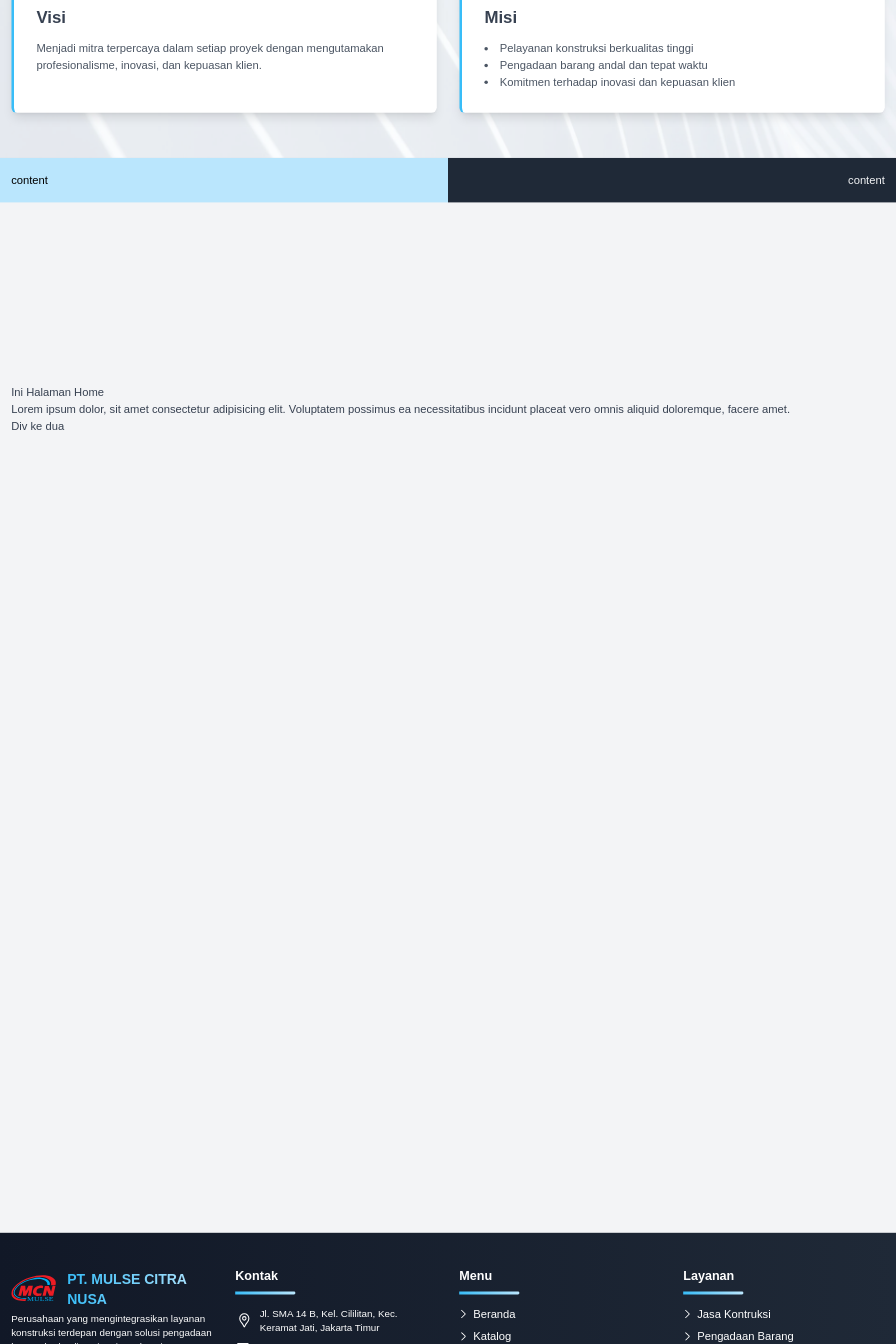
Repository: PrasBaldin/next-mulse
Page: /
An editor plug-in stored every save of this project. The page is shown before and after the next save, followed by the edit.
The browser window is 1280 px wide. The pictures show the part of the page from y = 1743 to 3663 px (the page is 3901 px tall before and 4013 px after), at 70% of full size.
The project was rebuilt for these pictures with package versions that can differ from the ones it lists, and the page was loaded fresh each time. The framework's server and built-in components were replaced by stand-ins that run in the browser. Also part of the build but not shown: next.config.ts.

Above is the page before, as saved 2025-02-23 04:45:55.

### app/layout.tsx
import type { Metadata } from "next";
import { Geist, Geist_Mono } from "next/font/google";
import "./globals.css";
import Navbar from "@/components/navbar";
import Footer from "@/components/footer";

const geistSans = Geist({
  variable: "--font-geist-sans",
  subsets: ["latin"],
});

const geistMono = Geist_Mono({
  variable: "--font-geist-mono",
  subsets: ["latin"],
});

export const metadata: Metadata = {
  title: "Mulse",
  description: "Selamat datang di PT. Mulse Citra Nusa, kami menyediakan barang dan jasa sesuai kebutuhan Anda.",
};

export default function RootLayout({
  children,
}: Readonly<{
  children: React.ReactNode;
}>) {
  return (
    <html lang="en">
      <body className={`${geistSans.variable} ${geistMono.variable} antialiased`} >
        <Navbar />
        {children}
        <Footer />
      </body>
    </html>
  );
}

### app/page.tsx
import Hero from "@/components/hero";
import AboutPage from "./about/page";
import ServicesPage from "./services/page";

const IndexPage = () => (
  <>
    <Hero />
    <AboutPage />
    <ServicesPage />
    <section className="bg-gray-100 dark:bg-gray-700 text-gray-700 dark:text-gray-100 transition duration-500 ease-in-out py-5">
      <div className="container">
        <div className="py-[15rem]">
          <h1>Ini Halaman Home</h1>
          <p>Lorem ipsum dolor, sit amet consectetur adipisicing elit. Voluptatem possimus ea necessitatibus incidunt placeat vero omnis aliquid doloremque, facere amet.</p>
          <div className="pb-[15rem]">
            <p>Div ke dua</p>
          </div>
          <div className="py-[20rem]"></div>
        </div>
      </div>
    </section>
  </>
);

export default IndexPage

### app/globals.css
@tailwind base;
@tailwind components;
@tailwind utilities;

:root {
  --background: #ffffff;
  --foreground: #171717;
}

@media (prefers-color-scheme: dark) {
  :root {
    --background: #0a0a0a;
    --foreground: #ededed;
  }
}

body {
  font-family: Arial, Helvetica, sans-serif;
  @apply bg-gray-100 dark:bg-gray-700
}

.container {
  @apply mx-auto px-4
}

.btn {
  @apply p-2 rounded-lg hover:bg-gray-200 dark:hover:bg-gray-600 transition duration-500 ease-in-out
}

### app/services/page.tsx
const ServicesPage = () => {
    return (
        <>
            <section className="w-full flex flex-col lg:flex-row">
                <div className="w-full lg:w-1/2 bg-sky-200">
                    <div className="sm:max-w-[640px] md:max-w-[768px] lg:max-w-[512px] xl:max-w-[640px] 2xl:max-w-[768px] ml-auto mr-auto lg:mr-0 px-4">
                        <div className="py-5">
                            <p>content</p>
                        </div>
                    </div>
                </div>
                <div className="w-full lg:w-1/2 bg-gray-800 text-gray-100">
                    <div className="sm:max-w-[640px] md:max-w-[768px] lg:max-w-[512px] xl:max-w-[640px] 2xl:max-w-[768px] ml-auto mr-auto lg:ml-0 px-4">
                        <div className="py-5 text-right">
                            <p>content</p>
                        </div>
                    </div>
                </div>
            </section>

            {/*<section className="Services container">
                <div className="flex flex-col lg:flex-row items-center">
                    <div className="w-full lg:w-1/2 py-16 bg-gradient-to-b from-sky-200 to-sky-500 dark:bg-gray-900 text-gray-700 dark:text-gray-100 transition duration-500 ease-in-out">
                        <div className="container">
                            <div className="Services-left">
                                <span>content</span>
                            </div>
                        </div>
                    </div>
                    <div className="w-full lg:w-1/2 py-16 bg-gradient-to-b from-gray-700 to-gray-900 dark:bg-gray-900 text-gray-700 dark:text-gray-100 transition duration-500 ease-in-out">
                        <div className="container">
                            <div className="Services-right">
                                <span>content right</span>
                            </div>
                        </div>
                    </div>
                </div>
                </section>*/}
        </>
    );
};

export default ServicesPage;

// <section className="py-16 bg-gray-50 dark:bg-gray-900">
//     <div className="container mx-auto px-4">
//         <h1 className="text-4xl font-bold text-center text-gray-800 dark:text-white mb-12 relative inline-block">
//             Layanan Kami
//             <span className="absolute -bottom-2 left-1/2 transform -translate-x-1/2 w-24 h-1 bg-blue-500"></span>
//         </h1>
//         <div className="grid grid-cols-1 md:grid-cols-2 lg:grid-cols-3 gap-8">
//             {/* Card Layanan 1 */}
//             <div className="bg-white dark:bg-gray-800 rounded-lg shadow-lg p-6 border-t-4 border-blue-500 hover:shadow-2xl transition duration-300">
//                 <div className="mb-4 flex justify-center">
//                     <img src="/img/service1.svg" alt="Konstruksi Bangunan" className="w-12 h-12" />
//                 </div>
//                 <h3 className="text-xl font-semibold text-gray-800 dark:text-white mb-2 text-center">
//                     Konstruksi Bangunan
//                 </h3>
//                 <p className="text-gray-600 dark:text-gray-300 text-center">
//                     Menyediakan solusi konstruksi bangunan yang inovatif dan berkualitas tinggi untuk berbagai proyek.
//                 </p>
//             </div>
//             {/* Card Layanan 2 */}
//             <div className="bg-white dark:bg-gray-800 rounded-lg shadow-lg p-6 border-t-4 border-blue-500 hover:shadow-2xl transition duration-300">
//                 <div className="mb-4 flex justify-center">
//                     <img src="/img/service2.svg" alt="Pengadaan Material" className="w-12 h-12" />
//                 </div>
//                 <h3 className="text-xl font-semibold text-gray-800 dark:text-white mb-2 text-center">
//                     Pengadaan Material
//                 </h3>
//                 <p className="text-gray-600 dark:text-gray-300 text-center">
//                     Pengadaan material berkualitas dengan proses cepat dan efisien untuk mendukung setiap proyek konstruksi.
//                 </p>
//             </div>
//             {/* Card Layanan 3 */}
//             <div className="bg-white dark:bg-gray-800 rounded-lg shadow-lg p-6 border-t-4 border-blue-500 hover:shadow-2xl transition duration-300">
//                 <div className="mb-4 flex justify-center">
//                     <img src="/img/service3.svg" alt="Desain Arsitektur" className="w-12 h-12" />
//                 </div>
//                 <h3 className="text-xl font-semibold text-gray-800 dark:text-white mb-2 text-center">
//                     Desain Arsitektur
//                 </h3>
//                 <p className="text-gray-600 dark:text-gray-300 text-center">
//                     Menyediakan layanan desain arsitektur kreatif dan inovatif untuk menciptakan bangunan yang unik dan fungsional.
//                 </p>
//             </div>
//             {/* Card Layanan 4 */}
//             <div className="bg-white dark:bg-gray-800 rounded-lg shadow-lg p-6 border-t-4 border-blue-500 hover:shadow-2xl transition duration-300">
//                 <div className="mb-4 flex justify-center">
//                     <img src="/img/service4.svg" alt="Renovasi &amp; Perbaikan" className="w-12 h-12" />
//                 </div>
//                 <h3 className="text-xl font-semibold text-gray-800 dark:text-white mb-2 text-center">
//                     Renovasi &amp; Perbaikan
//                 </h3>
//                 <p className="text-gray-600 dark:text-gray-300 text-center">
//                     Layanan renovasi dan perbaikan bangunan dengan pendekatan profesional dan efisien untuk meningkatkan nilai properti Anda.
//                 </p>
//             </div>
//             {/* Card Layanan 5 */}
//             <div className="bg-white dark:bg-gray-800 rounded-lg shadow-lg p-6 border-t-4 border-blue-500 hover:shadow-2xl transition duration-300">
//                 <div className="mb-4 flex justify-center">
//                     <img src="/img/service5.svg" alt="Konsultasi Proyek" className="w-12 h-12" />
//                 </div>
//                 <h3 className="text-xl font-semibold text-gray-800 dark:text-white mb-2 text-center">
//                     Konsultasi Proyek
//                 </h3>
//                 <p className="text-gray-600 dark:text-gray-300 text-center">
//                     Menawarkan konsultasi menyeluruh untuk memastikan setiap tahap proyek berjalan dengan lancar dan tepat sasaran.
//                 </p>
//             </div>
//             {/* Card Layanan 6 */}
//             <div className="bg-white dark:bg-gray-800 rounded-lg shadow-lg p-6 border-t-4 border-blue-500 hover:shadow-2xl transition duration-300">
//                 <div className="mb-4 flex justify-center">
//                     <img src="/img/service6.svg" alt="Manajemen Proyek" className="w-12 h-12" />
//                 </div>
//                 <h3 className="text-xl font-semibold text-gray-800 dark:text-white mb-2 text-center">
//                     Manajemen Proyek
//                 </h3>
//                 <p className="text-gray-600 dark:text-gray-300 text-center">
//                     Layanan manajemen proyek terintegrasi yang memastikan pengawasan dan koordinasi setiap aspek proyek secara optimal.
//                 </p>
//             </div>
//         </div>
//     </div>
// </section>

### components/navbar.css
.utility-bar {
    @apply hidden lg:block absolute w-full py-1 bg-gray-100 dark:bg-gray-700 transition duration-500 ease-in-out z-10
}

.utility-content {
    @apply w-auto flex gap-2
}

.social-media-link {
    @apply mr-3 text-gray-700 dark:text-gray-100 hover:text-sky-500 dark:hover:text-sky-500 transition duration-300
}

.navbar {
    @apply bg-white dark:bg-gray-800 transition duration-500 ease-in-out shadow-md lg:top-[40px] fixed lg:absolute w-full z-20
}

.nav-link {
    @apply text-gray-700 hover:text-sky-500 dark:hover:text-sky-500 dark:text-gray-100 py-5 transition duration-500 ease-in-out border-b-2 border-transparent hover:border-sky-500 flex items-center
}

.nav-dropdown {
    @apply bg-white dark:bg-gray-800 absolute top-[4rem] -left-2 w-auto pt-2 p-3 border-2 border-sky-500 shadow-xl rounded-lg overflow-visible transition-all duration-300 transform
}

.nav-link-dropdown {
    @apply text-gray-700 hover:text-sky-500 dark:hover:text-sky-500 dark:text-gray-100 pt-2 pb-1 transition duration-500 ease-in-out hover:bg-gray-100 dark:hover:bg-gray-700 rounded border-b border-gray-200 hover:border-sky-500 block mt-2 px-2
}

.nav-link-mobile {
    @apply hover:bg-gray-100 dark:hover:bg-gray-700 text-gray-700 hover:text-sky-500 dark:hover:text-sky-500 dark:text-gray-100 py-2 pl-2 border-b border-gray-200 hover:border-sky-500 rounded transition
}

.hamburger {
    @apply absolute w-6 h-[3px] bg-gray-800 dark:bg-gray-100 rounded transition duration-500 ease-in-out
}

.dropdown-arrow {
    @apply border-b-2 border-r-2 border-gray-700 dark:border-gray-100 ml-2 w-3 h-3 transition duration-500 ease-in-out
}

.nav-link-mobile:hover .dropdown-arrow {
    @apply border-sky-500
}

### components/toggleLanguage.tsx
"use client";
import { useState, useEffect } from "react";

import IconEN from "../app/_assets/icon/iconEN";
import IconID from "../app/_assets/icon/iconID";

import "./toggleLanguage.css";

const ToggleLanguage = () => {
    const [isEnglish, setIsEnglish] = useState(true);

    // Efek untuk sinkronisasi bahasa dengan localStorage
    useEffect(() => {
        const storedLanguage = localStorage.getItem('language');
        setIsEnglish(storedLanguage === 'en');
    }, []);

    // Efek untuk menyimpan preferensi bahasa ke localStorage
    useEffect(() => {
        localStorage.setItem('language', isEnglish ? 'en' : 'id');
    }, [isEnglish]);

    return (
        <>
            {/* Mobile */}
            <button onClick={() => setIsEnglish(!isEnglish)} className="lg:hidden btn flex items-center gap-2" >
                {/* <span className="font-medium text-gray-700 dark:text-gray-300">
                    {isEnglish ? <IconEN /> : <IconID />}
                </span> */}
                <div className="flex relative">
                    <div className={`flex transition-all duration-500 transform ${isEnglish ? 'opacity-100 scale-1' : 'opacity-0 scale-0'}`} >
                        <IconEN />
                    </div>
                    <div className={`absolute flex transition-all duration-500 transform ${isEnglish ? 'opacity-0 scale-0' : 'opacity-100 scale-1'}`} >
                        <IconID />
                    </div>
                </div>
                <span className="text-gray-700 dark:text-gray-300">
                    {("navbar.changeLang")}
                </span>
            </button>

            {/* Desktop */}
            <button onClick={() => setIsEnglish(!isEnglish)} className="btn hidden lg:block btn w-8 h-8 relative overflow-hidden">
                <div className={`toggle-lang ${isEnglish ? 'opacity-100 scale-1' : 'opacity-0 scale-0'}`} >
                    <IconEN />
                </div>
                <div className={`toggle-lang ${isEnglish ? 'opacity-0 scale-0' : 'opacity-100 scale-1'}`} >
                    <IconID />
                </div>
            </button>
        </>
    )
}

export default ToggleLanguage

### components/footer.css
footer table tr a {
    @apply transition duration-300
}

footer table tr:hover a {
    @apply text-sky-400
}

### components/hero.css
.hero-wrap {
    @apply h-[110vh] min-h-[40rem] overflow-hidden
}

.hero-parallax {
    @apply relative h-[110vh] min-h-[40rem] w-full bg-cover bg-center bg-fixed translate-y-[-0.2px]
}

.hero-mask {
    @apply absolute inset-0 flex items-center justify-center bg-black bg-opacity-30 dark:bg-opacity-50 text-white text-3xl font-bold transition duration-500 ease-in-out
}

.benefit-section {
    @apply max-w-full md:max-w-[85rem] mx-auto md:absolute top-[100vh]
}

.benefit-card {
    @apply transition transform duration-300 ease-in-out p-6 xl:col-span-2
}

### components/heroTypewriter.tsx
"use client";
import { useEffect, useRef, useState } from "react";

interface TypewriterProps {
    text: string;
    speed?: number;
    className?: string;
    delay?: number;
}

export default function Typewriter({
    text,
    speed = 5,
    className = "",
    delay = 0,
}: TypewriterProps) {
    const [displayText, setDisplayText] = useState<string>("");
    const indexRef = useRef<number>(0);

    useEffect(() => {
        setDisplayText("");
        indexRef.current = 0;

        let animationFrameId: number;
        let lastTime: number = performance.now();

        const update = (now: number) => {
            // Hanya update jika tab aktif
            if (document.visibilityState === "hidden") {
                animationFrameId = requestAnimationFrame(update);
                return;
            }

            if (now - lastTime >= speed) {
                setDisplayText((prev) => prev + text.charAt(indexRef.current));
                indexRef.current++;
                lastTime = now;
            }

            if (indexRef.current < text.length) {
                animationFrameId = requestAnimationFrame(update);
            }
        };

        const timeoutId = setTimeout(() => {
            animationFrameId = requestAnimationFrame(update);
        }, delay);

        return () => {
            clearTimeout(timeoutId);
            cancelAnimationFrame(animationFrameId);
        };
    }, [text, speed, delay]);

    return <span className={className}>{displayText}</span>;
}

### app/_assets/icon/iconID.tsx
import React from "react";

const iconID = () => {
    return (
        <svg className="w-5 h-5 rounded-full" version="1.1" id="Layer_1" xmlns="http://www.w3.org/2000/svg" xmlnsXlink="http://www.w3.org/1999/xlink" x="0px" y="0px"
            width="150px" height="150px" viewBox="0 0 150 150" enableBackground="new 0 0 150 150" xmlSpace="preserve">
            <rect x="-1" y="-0.999" fill="#ED1C24" width="152" height="75.999" />
            <rect x="-1" y="75" fill="#FFFFFF" width="152" height="76" />
            <path opacity="0.1" d="M151,160H66c0,0,60.501-26.039,60.501-85C126.501,16.207,66-9.999,66-9.999h85V160z" />
        </svg>
    )
}

export default iconID

### components/toggleLanguage.css
.toggle-lang {
    @apply absolute top-0 bottom-0 left-0 right-0 flex items-center justify-center transition-all duration-500 transform
}

### app/_assets/icon/iconDarkmode.tsx
import React from "react";

const IconDarkmode = () => {
    return (
        <svg xmlns="http://www.w3.org/2000/svg" className="h-5 w-5 text-gray-700 dark:text-gray-100" fill="none" viewBox="0 0 24 24" stroke="currentColor">
            <path strokeLinecap="round" strokeLinejoin="round" strokeWidth={2} d="M20.354 15.354A9 9 0 018.646 3.646 9.003 9.003 0 0012 21a9.003 9.003 0 008.354-5.646z" />
        </svg>
    )
}

export default IconDarkmode

### app/_assets/icon/iconLightmode.tsx
import React from "react";

const IconLightMode = () => {
    return (
        <svg xmlns="http://www.w3.org/2000/svg" className="h-5 w-5 text-gray-100" fill="none" viewBox="0 0 24 24" stroke="currentColor">
            <path strokeLinecap="round" strokeLinejoin="round" strokeWidth="2" d="M12 3v1m0 16v1m9-9h-1M4 12H3m15.364 6.364l-.707-.707M6.343 6.343l-.707-.707m12.728 0l-.707.707M6.343 17.657l-.707.707" />
            <circle cx="12" cy="12" r="3" stroke="currentColor" strokeWidth="2" fill="none" />
        </svg>
    )
}

export default IconLightMode

### components/toggleDarkMode.css
.toggle-dark-mode {
    @apply absolute top-0 bottom-0 left-0 right-0 flex items-center justify-center transition-all duration-500 transform
}

.toggle-dark-mode-mobile {
    @apply flex items-center justify-center transition-all duration-500 transform
}

### app/_assets/icon/iconStar.tsx
import React from 'react'

const iconStar = () => {
    return (
        <svg className="w-[85px] h-[85px] fill-sky-900 dark:fill-gray-100" viewBox="0 0 24 24" fill="none" xmlns="http://www.w3.org/2000/svg">
            <path opacity="0.5" d="M22 12C22 17.5228 17.5228 22 12 22C6.47715 22 2 17.5228 2 12C2 6.47715 6.47715 2 12 2C17.5228 2 22 6.47715 22 12Z" />
            <path d="M10.4127 8.49812L10.5766 8.20419C11.2099 7.06807 11.5266 6.5 12 6.5C12.4734 6.5 12.7901 7.06806 13.4234 8.20419L13.5873 8.49813C13.7672 8.82097 13.8572 8.98239 13.9975 9.0889C14.1378 9.19541 14.3126 9.23495 14.6621 9.31402L14.9802 9.38601C16.2101 9.66428 16.825 9.80341 16.9713 10.2739C17.1176 10.7443 16.6984 11.2345 15.86 12.215L15.643 12.4686C15.4048 12.7472 15.2857 12.8865 15.2321 13.0589C15.1785 13.2312 15.1965 13.4171 15.2325 13.7888L15.2653 14.1272C15.3921 15.4353 15.4554 16.0894 15.0724 16.3801C14.6894 16.6709 14.1137 16.4058 12.9622 15.8756L12.6643 15.7384C12.337 15.5878 12.1734 15.5124 12 15.5124C11.8266 15.5124 11.663 15.5878 11.3357 15.7384L11.0378 15.8756C9.88633 16.4058 9.31059 16.6709 8.92757 16.3801C8.54456 16.0894 8.60794 15.4353 8.7347 14.1272L8.76749 13.7888C8.80351 13.4171 8.82152 13.2312 8.76793 13.0589C8.71434 12.8865 8.59521 12.7472 8.35696 12.4686L8.14005 12.215C7.30162 11.2345 6.88241 10.7443 7.02871 10.2739C7.17501 9.80341 7.78994 9.66427 9.01977 9.38601L9.33794 9.31402C9.68743 9.23495 9.86217 9.19541 10.0025 9.0889C10.1428 8.98239 10.2328 8.82097 10.4127 8.49812Z" />
        </svg>
    )
}

export default iconStar

### tailwind.config.ts
import type { Config } from "tailwindcss";

export default {
  darkMode: 'class',
  content: [
    "./pages/**/*.{js,ts,jsx,tsx,mdx}",
    "./components/**/*.{js,ts,jsx,tsx,mdx}",
    "./app/**/*.{js,ts,jsx,tsx,mdx}"
  ],
  theme: {
    extend: {
      width: {
        '11': '2.75rem',
      },
      height: {
        '11': '2.75rem',
      },
      colors: {
        background: "var(--background)",
        foreground: "var(--foreground)",
      },
    },
  },
  plugins: [],
} satisfies Config;

Loaded but not shown: components/footer.tsx (228 lines, source omitted); components/navbar.tsx (140 lines, source omitted); components/hero.tsx (136 lines, source omitted); app/_assets/icon/iconEN.tsx (58 lines, source omitted); app/about/page.tsx (67 lines, source omitted); app/_assets/icon/iconThumbUp.tsx (45 lines, source omitted); components/heroBenefitSection.tsx (100 lines, source omitted); components/toggleDarkMode.tsx (58 lines, source omitted); app/_assets/icon/iconTeam.tsx (31 lines, source omitted)

After the next save:
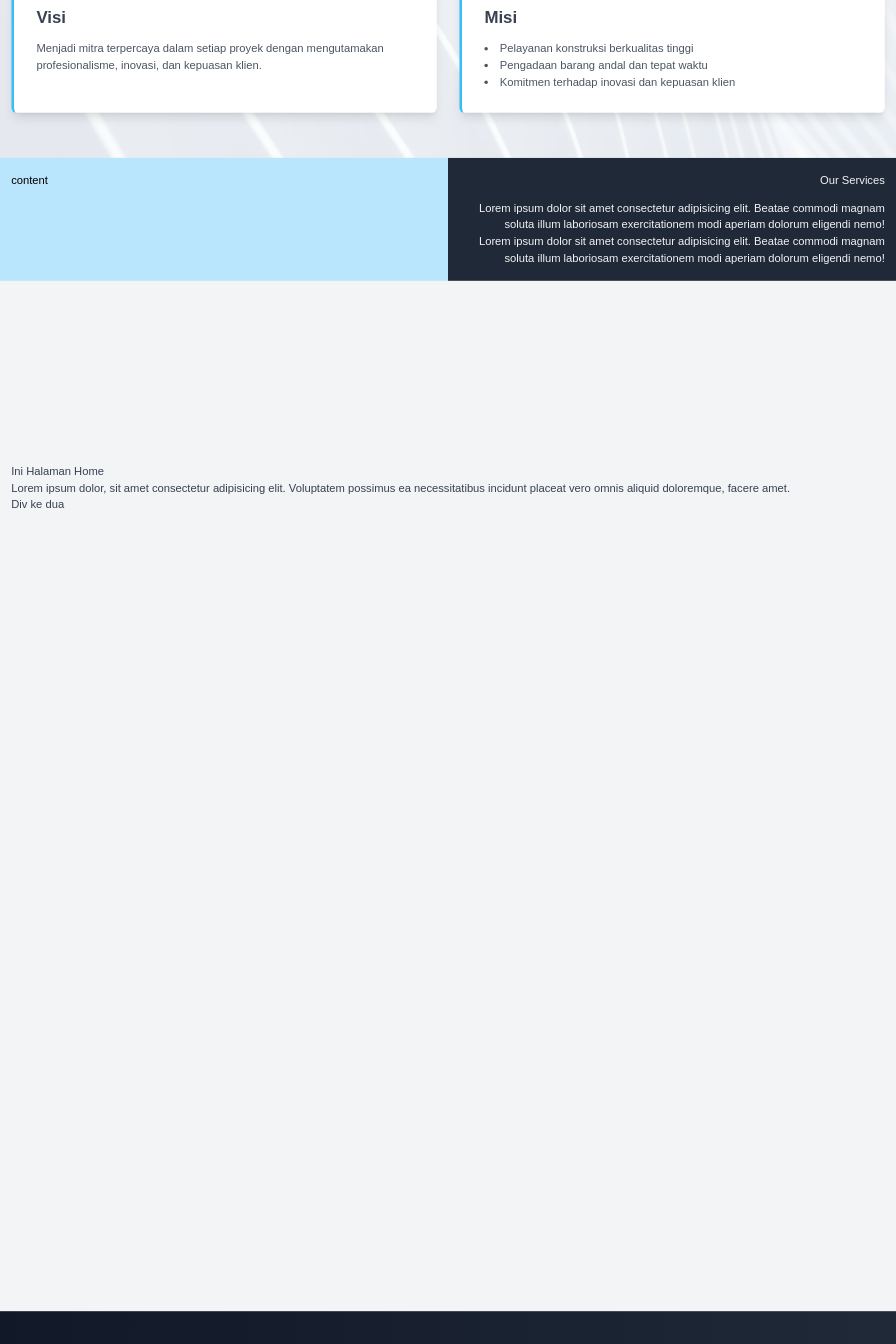
Saved 63 s later.
--- a/app/services/page.tsx
+++ b/app/services/page.tsx
@@ -12,7 +12,9 @@ const ServicesPage = () => {
                 <div className="w-full lg:w-1/2 bg-gray-800 text-gray-100">
                     <div className="sm:max-w-[640px] md:max-w-[768px] lg:max-w-[512px] xl:max-w-[640px] 2xl:max-w-[768px] ml-auto mr-auto lg:ml-0 px-4">
                         <div className="py-5 text-right">
-                            <p>content</p>
+                            <h3 className="mb-4">Our Services</h3>
+                            <p>Lorem ipsum dolor sit amet consectetur adipisicing elit. Beatae commodi magnam soluta illum laboriosam exercitationem modi aperiam dolorum eligendi nemo!</p>
+                            <p>Lorem ipsum dolor sit amet consectetur adipisicing elit. Beatae commodi magnam soluta illum laboriosam exercitationem modi aperiam dolorum eligendi nemo!</p>
                         </div>
                     </div>
                 </div>
